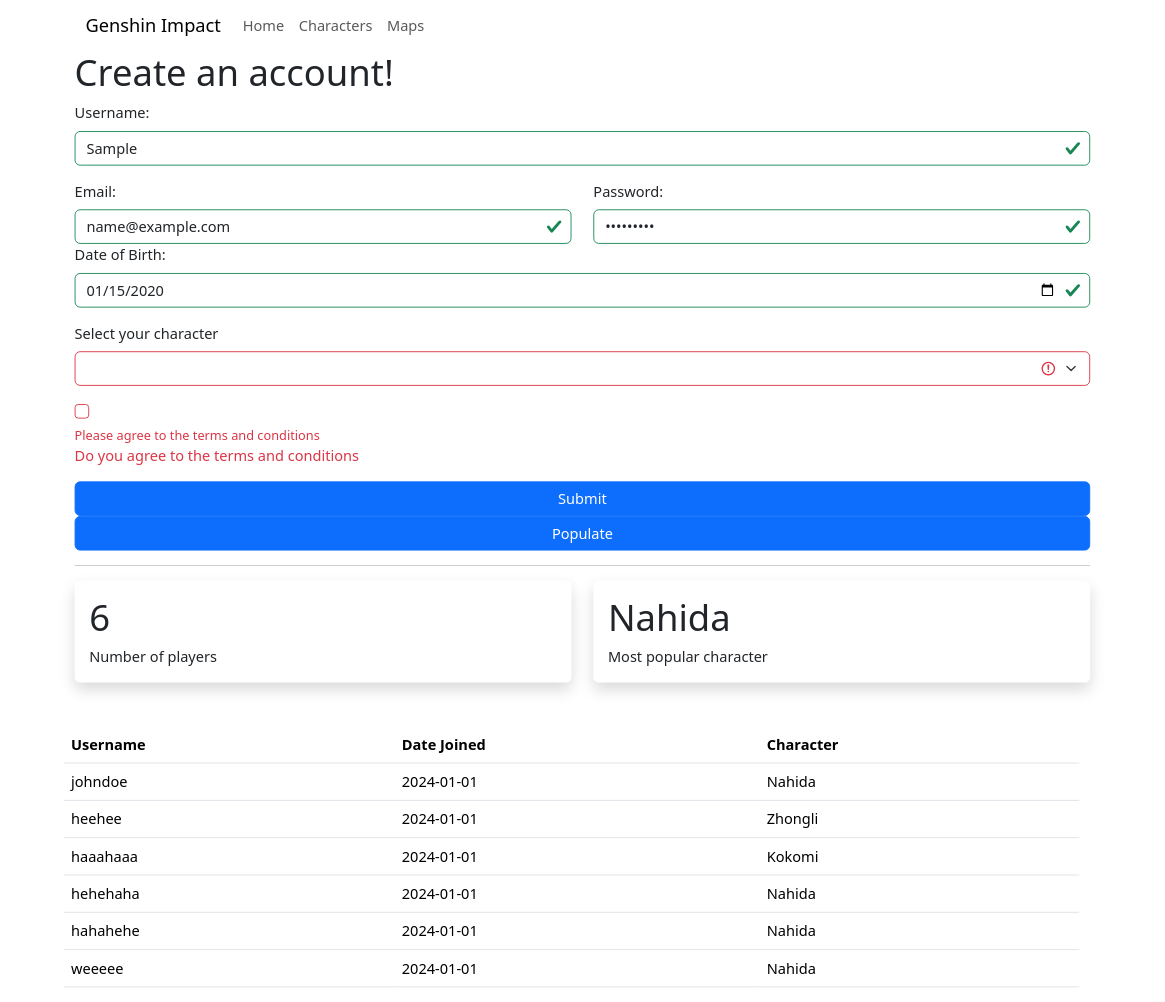
Repository: pendragons-code/BootStrap-Lesson
Page: static/html/genshin_account.html
The author's editor kept a copy of each file at every save. The page is drawn from the files as they stood at one save, then again after a run of saves.
The browser window is 1280 px wide. The pictures show the whole page, at 91% of full size.
Empty fields were first filled with sample values (such as "Sample", 5 or name@example.com).
After loading, the first visible `form.container` was submitted once.

Above is the page before, as saved 2024-07-22 14:04:48.

After the next 2 saves:
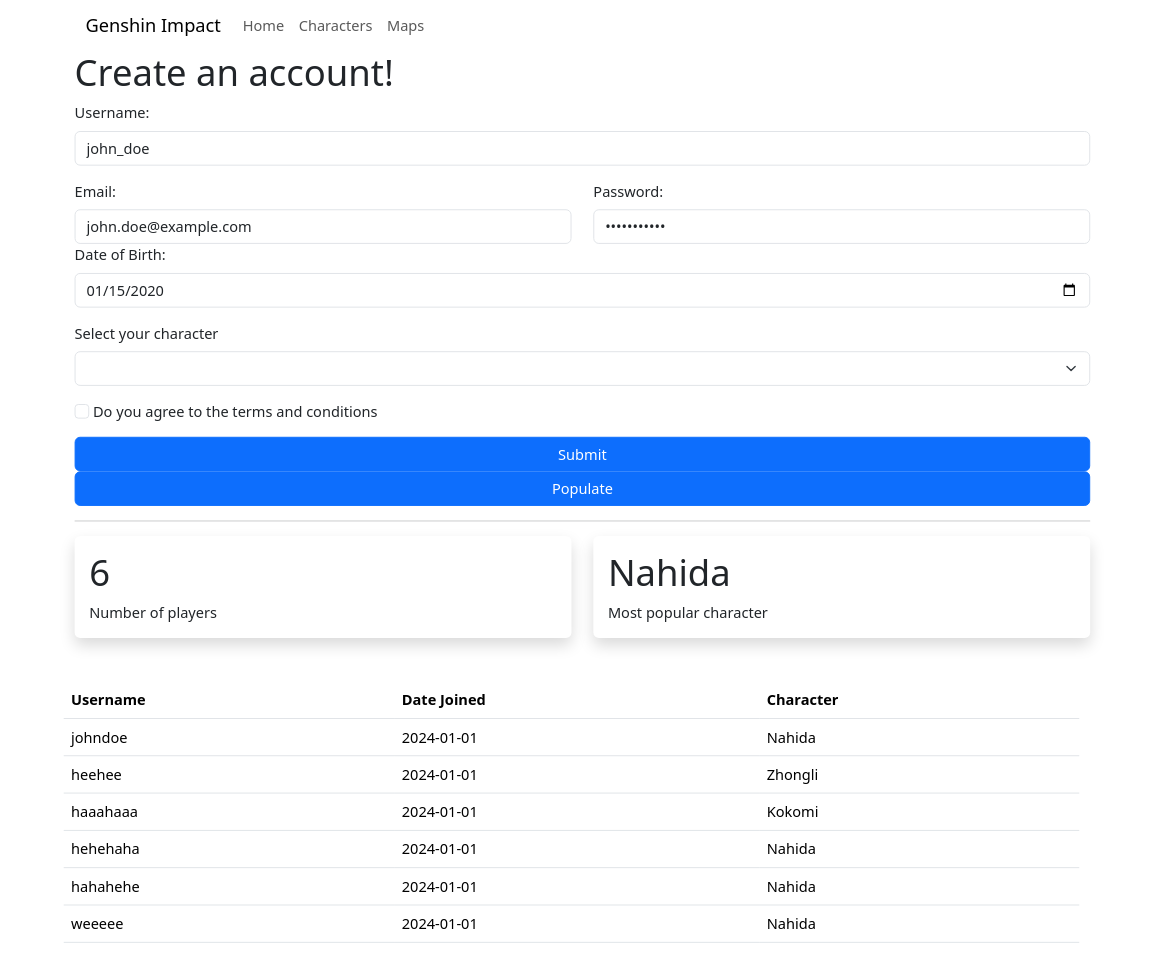
Console error: TypeError: Cannot set properties of null (setting 'value')
The 2 saves are shown as one change because they came seconds apart.
The last was saved 17 s later.
--- a/static/js/genshin_form.js
+++ b/static/js/genshin_form.js
@@ -36,7 +36,24 @@
 
 }
 
-function  updateUserDatabase() {}
+function  updateUserDatabase() {
+	var dummyData = {
+		username: "john_doe",
+		email: "john.doe@example.com",
+		password: "password123",
+		dob: "1990-01-01",
+		characters: "Nahida",
+		terms: true
+	}
+
+	document.getElementById("usernameField").value = dummyData.username;
+	document.getElementById("emailField").value = dummyData.email;
+	document.getElementById("passwordField").value = dummyData.password;
+	document.getElementById("dobField").value = dummyData.dob;
+	document.getElementById("charactersField").value = dummyData.characters;
+	document.getElementById("termsField").value = dummyData.terms;
+
+}
 
 
 		// Fetch all the forms we want to apply custom Bootstrap validation styles to
